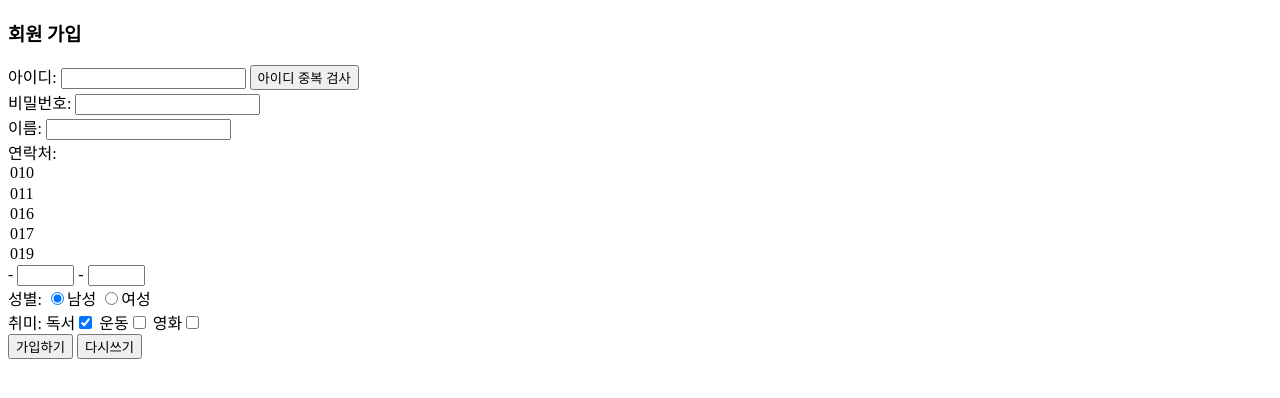
Repository: SJM7301/KH-JSP
Page: http://localhost/JSPBook/ch06/form04.jsp
The author's editor kept a copy of each file at every save. The page is drawn from the files as they stood at one save, then again after the next save.
The browser window is 1280 px wide. The pictures show the whole page.
The page is served by Tomcat 10. Other server files are loaded and not shown.

Above is the page before, as saved 2025-02-05 00:49:06.

### JSPBook/src/main/webapp/ch06/form04.jsp
<%@ page language="java" contentType="text/html; charset=UTF-8"
    pageEncoding="UTF-8"%>
<!DOCTYPE html>
<html>
<head>
<meta charset="UTF-8">
<title>Insert title here</title>
</head>
<body>
	<h3>회원 가입</h3>
	<form action="#" name="member" method="post">
		<p>
			아이디: <input type="text" name="id"> <input type="button" value="아이디 중복 검사"> <br>
			비밀번호: <input type="password" name="passwd"> <br>
			이름: <input type="text" name="name"> <br>
			연락처: <slelect name="phone1">
					<option value="010">010</option>
					<option value="011">011</option>
					<option value="016">016</option>
					<option value="017">017</option>
					<option value="019">019</option>
				 </slelect>
				- <input type="text" maxlength="4" size="4" name="phone2">
				- <input type="text" maxlength="4" size="4" name="phone3"> <br>
			성별: <input type="radio" name="sex" value="남성" checked>남성
				<input type="radio" name="sex" value="여성">여성<br>
			취미: 독서<input type="checkbox" name="hobby1" checked>
				운동<input type="checkbox" name="hobby2">
				영화<input type="checkbox" name="hobby3"><br>
			<input type="submit" value="가입하기">
			<input type="reset" value="다시쓰기">
		</p>
	</form>
</body>
</html>

After the next save:
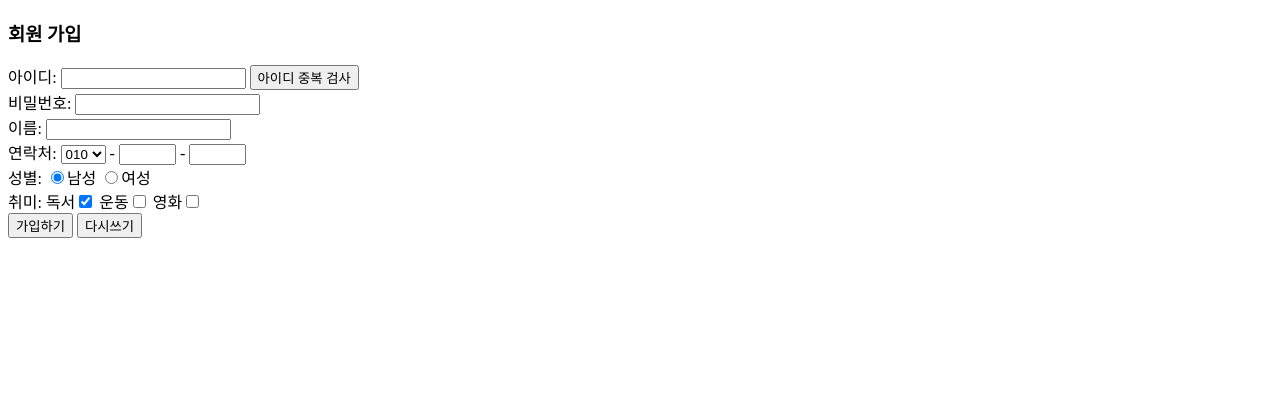
Saved 18 s later.
--- a/JSPBook/src/main/webapp/ch06/form04.jsp
+++ b/JSPBook/src/main/webapp/ch06/form04.jsp
@@ -13,13 +13,13 @@
 			아이디: <input type="text" name="id"> <input type="button" value="아이디 중복 검사"> <br>
 			비밀번호: <input type="password" name="passwd"> <br>
 			이름: <input type="text" name="name"> <br>
-			연락처: <slelect name="phone1">
+			연락처: <select name="phone1">
 					<option value="010">010</option>
 					<option value="011">011</option>
 					<option value="016">016</option>
 					<option value="017">017</option>
 					<option value="019">019</option>
-				 </slelect>
+				 </select>
 				- <input type="text" maxlength="4" size="4" name="phone2">
 				- <input type="text" maxlength="4" size="4" name="phone3"> <br>
 			성별: <input type="radio" name="sex" value="남성" checked>남성
